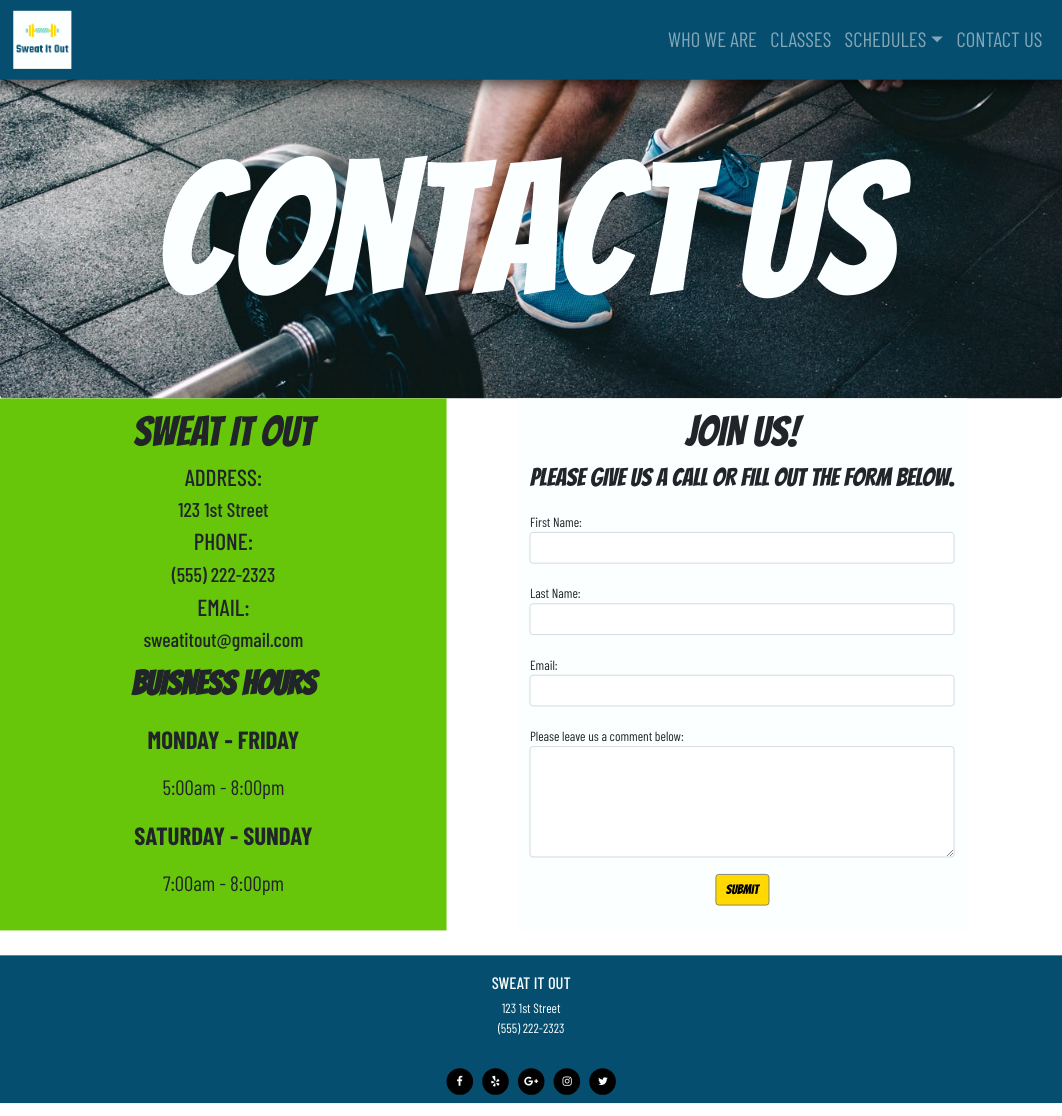
Repository: amybru/sweatitout
Page: contact.html
The author's editor kept a record of every edit. The page is drawn from the files as they stood at one moment, then again after the next edit.
The browser window is 1280 px wide. The pictures show the whole page, at 83% of full size.
Some web fonts or font styles are not loaded; a fallback is used. Some web libraries are served in a nearby version.

Above is the page before.

After the next edit:
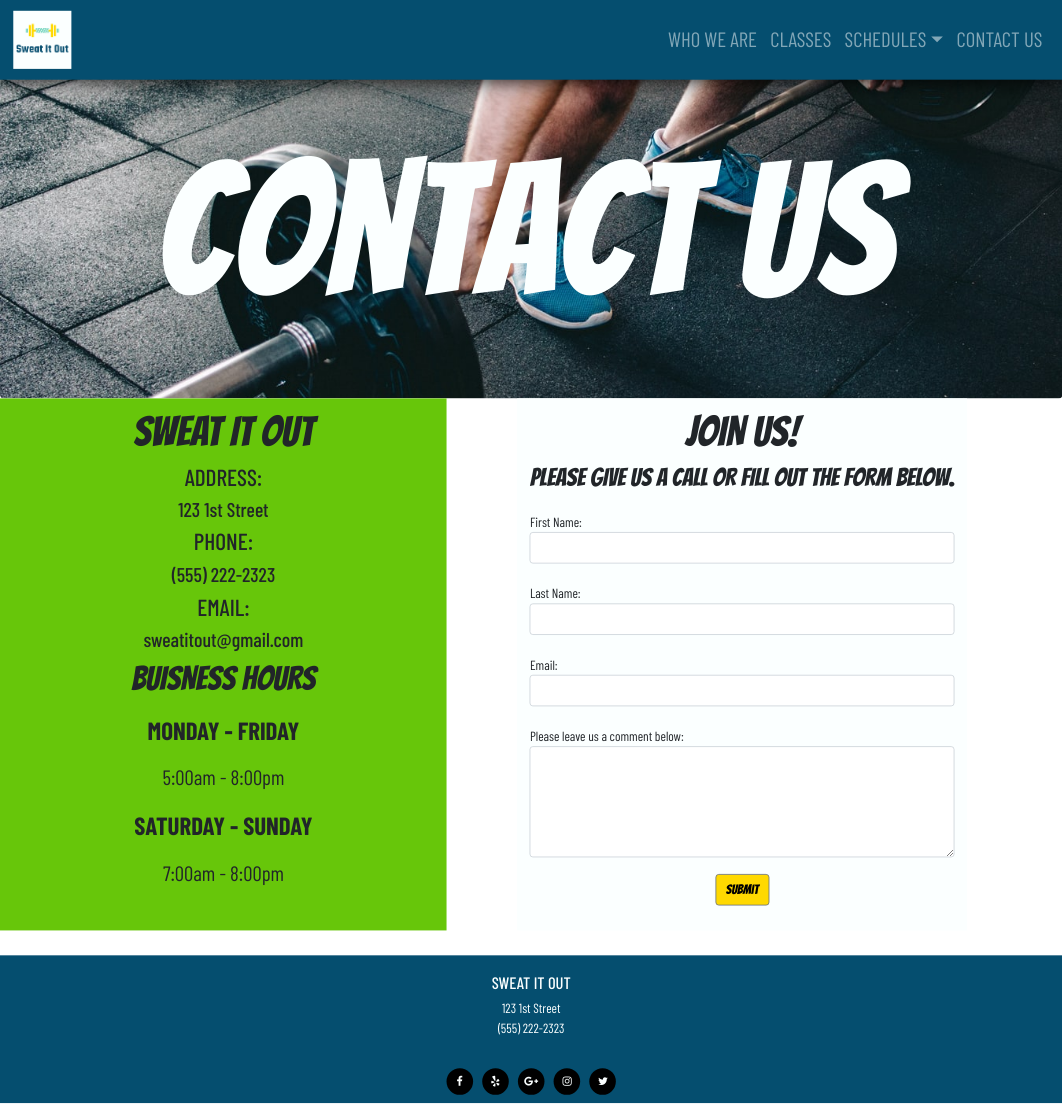
The edit:
--- a/contact.html
+++ b/contact.html
@@ -104,7 +104,7 @@
                </div>
                <div class="buisness-info-item">
                   <div class="key">
-                     <p class="uppercase contact-gym-hours">
+                     <h2 class="uppercase contact-gym-hours">
                         Buisness Hours
                      </p>
                   </div>
